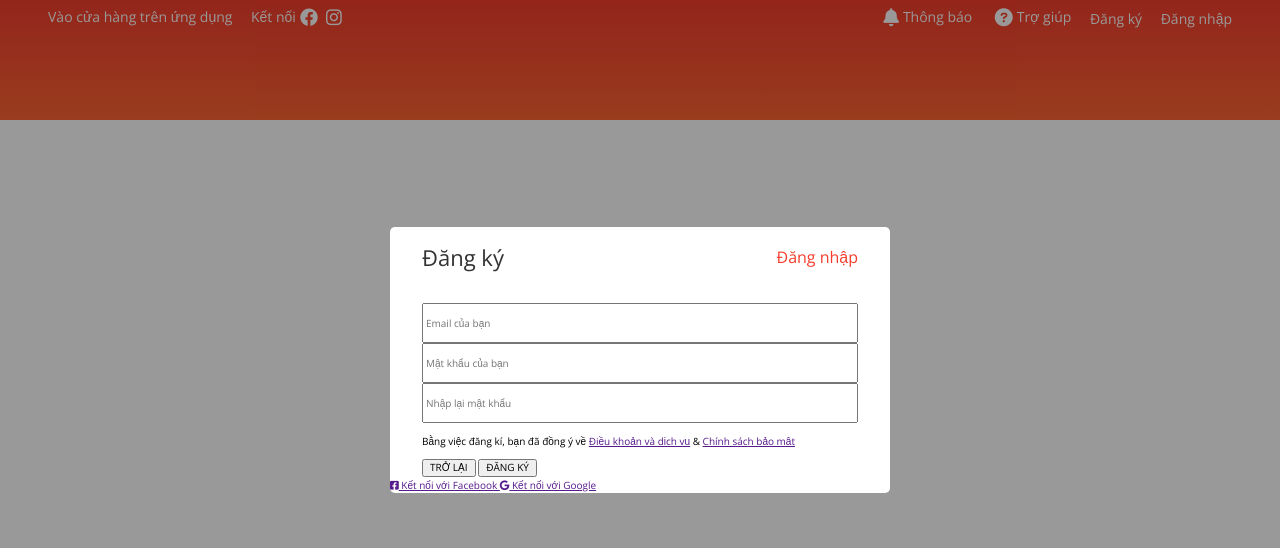
Repository: trongtamdev/Clone-Shopee-Page
Page: index.html
These files come from the project's save history. The page is drawn as it stood at one moment and after the next save; the edit follows.
The browser window is 1280 px wide. The pictures show the whole page.

Above is the page before, as saved 2022-07-08 21:20:05.

### index.html
<!DOCTYPE html>
<html lang="en">

<head>
    <meta charset="UTF-8">
    <meta http-equiv="X-UA-Compatible" content="IE=edge">
    <meta name="viewport" content="width=device-width, initial-scale=1.0">
    <title>Document</title>
    <link rel="stylesheet" href="https://cdnjs.cloudflare.com/ajax/libs/normalize/8.0.1/normalize.min.css">
    <link rel="stylesheet" href="assets/css/base.css">
    <link rel="stylesheet" href="assets/css/main.css">
    <link rel="stylesheet" href="assets/fonts/fontawesome-free-6.1.1/css/all.min.css">
    <link href="https://fonts.googleapis.com/css2?family=Open+Sans:wght@300;400;500;700&display=swap" rel="stylesheet">
</head>
    <div class="app">
        <header class="header">
            <div class="grid">
                <nav class="header__navbar">
                    <ul class="header__navbar-list">
                        <li class="header__navbar-item header__navbar-item--has-qr">
                            Vào cửa hàng trên ứng dụng
                            <div class="header__qr">
                                <img src="assets/img/qr_code.png" alt="QR code" class="header__qr-img">
                                <div class="header__qr-apps">
                                    <a href="" class="header__qr-link">
                                        <img src="assets/img/google_play.png" alt="Google play" class="header__qr-download-img">
                                    </a>
                                    <a href="" class="header__qr-link">
                                        <img src="assets/img/app_store.png" alt="App store" class="header__qr-download-img">
                                    </a>
                                </div>
                            </div>
                        </li>
                        <li class="header__navbar-item">
                            <span class="header__navbar-title--no-pointer">Kết nối</span>
                            <a href="" class="header__navbar-icon-link">
                                <i class="header__navbar-icon fa-brands fa-facebook"></i>
                            </a>
                            <a href="" class="header__navbar-icon-link">
                                <i class="header__navbar-icon fa-brands fa-instagram"></i>
                            </a>
                        </li>
                    </ul>

                    <ul class="header__navbar-list">
                        <li class="header__navbar-item">
                            <a href="" class="header__navbar-item-link">
                                <i class="header__navbar-icon fa-solid fa-bell"></i>
                                Thông báo</a>
                        </li>

                        <li class="header__navbar-item">
                            <a href="" class="header__navbar-item-link">
                                <i class="header__navbar-icon fa-solid fa-circle-question"></i>
                                Trợ giúp</a>
                        </li>

                        <li class="header__navbar-item header__navbar-item--strong">Đăng ký</li>
                        <li class="header__navbar-item header__navbar-item--strong">Đăng nhập</li>
                    </ul>
                </nav>
            </div>

        </header>

        <div class="container">

        </div>

        <footer class="footer">

        </footer>
    </div>
    <div class="modal">
        <div class="modal__overlay">

        </div>
        <div class="modal__body">
            <div class="modal__inner">
                <!-- Auth form -->
                <div class="auth-form">
                    <div class="auth-form__container">
                        <div class="auth-form__header">
                            <h3 class="auth-form__heading">Đăng ký</h3>
                            <span class="auth-form__switch-btn">Đăng nhập</span>
                        </div>

                        <div class="auth-form__form">
                            <div class="auth-form__group">
                                <input type="text" class="auth-form__input" placeholder="Email của bạn">
                            </div>

                            <div class="auth-form__group">
                                <input type="password" class="auth-form__input" placeholder="Mật khẩu của bạn">
                            </div>

                            <div class="auth-form__group">
                                <input type="password" class="auth-form__input" placeholder="Nhập lại mật khẩu">
                            </div>
                        </div>

                        <div class="auth-form__aside">
                            <p class="auth-form__policy-text">
                                Bằng việc đăng kí, bạn đã đồng ý về
                                <a href="" class="auth-form__policy-link">Điều khoản và dịch vụ</a> &
                                <a href="" class="auth-form__policy-link">Chính sách bảo mật</a>
                            </p>
                        </div>

                        <div class="auth-form__controls">
                            <button class="btn">TRỞ LẠI</button>
                            <button class="btn btn--primary">ĐĂNG KÝ</button>
                        </div>
                    </div>

                    <div class="auth-form__socials">
                        <a href="" class="btn btn--with-icon">
                            <i class="fa-brands fa-facebook-square"></i>
                            Kết nối với Facebook
                        </a>

                        <a href="" class="btn btn--with-icon">
                            <i class="fa-brands fa-google"></i>
                            Kết nối với Google
                        </a>
                    </div>
                </div>
            </div>
        </div>
    </div>
<body>

</body>

</html>

### assets/css/base.css
:root {
    --white-color :#fff;
    --back-color :#000;
    --text-color : #333;
    --primary-color: #f53e2d;
}

*{
    box-sizing: inherit;
}

html {
    font-size: 62.5%;
    line-height: 1.6rem;
    font-family: 'Open Sans', sans-serif;;
    box-sizing: border-box;
}

.grid {
    width: 1200px;
    max-width: 100%;
    margin: 0 auto;
}

.grid__full-width {
    width: 100%;
}

.grid__row {
    display: flex;
    flex-wrap: wrap
}

/* Animation */
@keyframes fadeIn {
    from {
        opacity: 0;
    }to {
        opacity: 1;
    }
}

/* Modal */

.modal {
    position: fixed;
    top: 0;
    right: 0;
    bottom: 0;
    left: 0;
    display: flex;
}

.modal__overlay {
    position: absolute;
    width: 100%;
    height: 100%;
    background-color: rgba(0, 0, 0, 0.4);
}

.modal__body {

    background-color: var(--white-color);
    margin: auto;
    position: relative;
    z-index: 1;
    border-radius: 5px;
}

### assets/css/main.css
.header {
    height: 120px;
    background-image: linear-gradient(0, #fe6433, #f53e2d);
}

.header__navbar {
    display: flex;
    justify-content: space-between;
}

.header__navbar-list {
    list-style: none;
    padding: 0;
    margin-top: 4px;
}

.header__navbar-item {
    margin: 0 8px;
    position: relative;
    min-height: 26px;
}

.header__navbar-item--has-qr:hover .header__qr {
    display: block;
}

.header__navbar-item,
.header__navbar-item-link{
    display: inline-block;
    font-size: 1.4rem;
    color :var(--white-color);
    text-decoration: none;
    font-weight: 300;
}

.header__navbar-item,
.header__navbar-item-link,
.header__navbar-icon-link {
    display: inline-flex;
    align-items: center;
}

.header__navbar-item:hover,
.header__navbar-item-link:hover,
.header__navbar-icon-link:hover{
    cursor: pointer;
    color: rgba(255, 255, 255, 0.7);
}

.header__navbar-item--strong {
    font-weight: 400;
}


.header__navbar-icon-link {
    color: var(--white-color);
    text-decoration: none;
}

.header__navbar-icon {
    font-size: 1.8rem;
    margin: 0 4px;
}

.header__navbar-title--no-pointer {
    color: var(--white-color);
    cursor: text;
}

/* Header QR code */

.header__qr {
    width: 186px;
    background-color: var(--white-color);
    position: absolute;
    left: 0;
    top: 118%;
    padding: 8px;
    border-radius: 2px;
    display: none;
    animation: fadeIn ease-in 0.5s;
}

.header__qr::before {
    position: absolute;
    left: 0;
    top: -16px;
    width: 100%;
    height: 20px;
    content: "";
    display: block;
}

.header__qr-img {
    width: 100%;
}

.header__qr-apps {
    display: flex;
}

.header__qr-link:nth-child(1) {
    margin-left: 11px;
}

.header__qr-link:nth-child(2) {
    margin-right: 11px;
}

.header__qr-download-img {
    height: 18px;
}


/* Authen Modal */

.auth-form {
    width: 500px;

}


.auth-form__container {
    padding: 0 32px;
}

.auth-form__header {
    display: flex;
    align-items: center;
    justify-content: space-between;
}

.auth-form__heading {
    font-size: 2.2rem;
    font-weight: 400;
    color: var(--text-color);
}

.auth-form__switch-btn {
    font-size: 1.6rem;
    font-weight: 400;
    color: var(--primary-color);
    cursor: pointer;
}

.auth-form__form {
    margin-top: 16px;
}

.auth-form__input {
    width: 100%;
    height: 40px;
}

Loaded but not shown: assets/fonts/fontawesome-free-6.1.1/css/all.min.css (library)

After the next save:
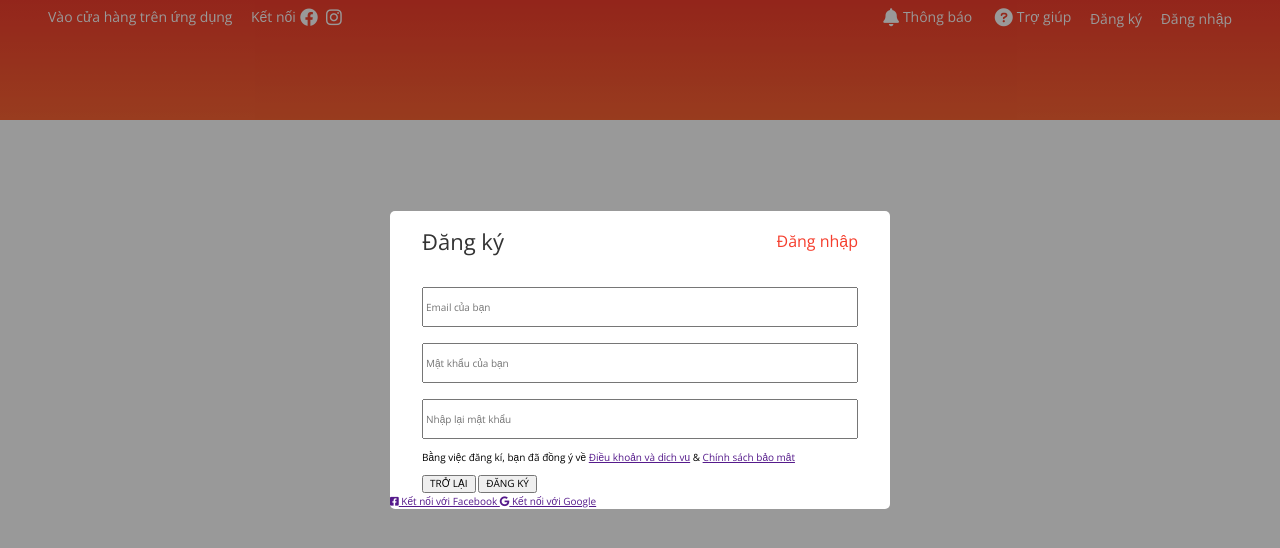
Saved 2 min 29 s later.
--- a/assets/css/main.css
+++ b/assets/css/main.css
@@ -144,10 +144,11 @@
 }
 
 .auth-form__form {
-    margin-top: 16px;
+
 }
 
 .auth-form__input {
     width: 100%;
     height: 40px;
+    margin-top: 16px;
 }
